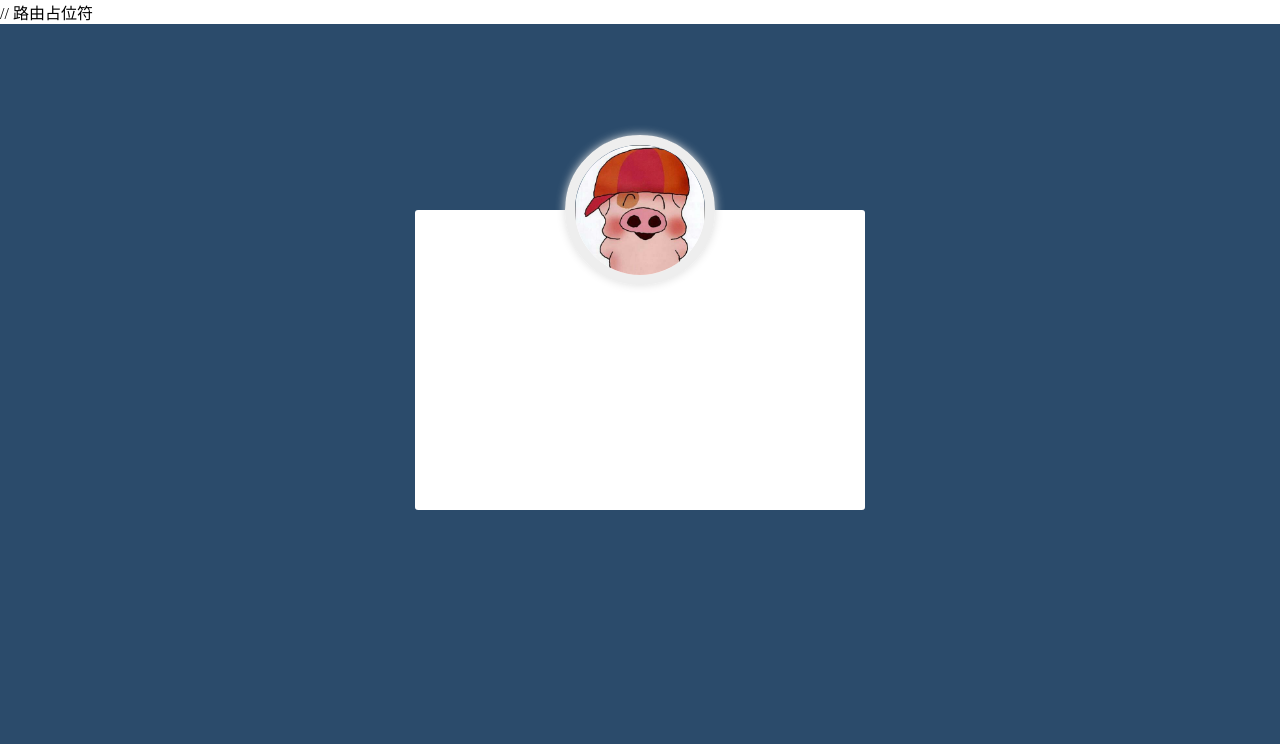
Repository: Japcy/onetwothree
Page: /
An editor plug-in stored every save of this project. The page is shown before and after a run of saves, followed by the edit.
The browser window is 1280 px wide. The pictures show the whole page.
The project was rebuilt for these pictures with package versions that can differ from the ones it lists, and the page was loaded fresh each time.

Above is the page before, as saved 2020-02-28 23:50:38.

### src/main.js
import Vue from 'vue'
import App from './App.vue'
import router from './router'
import './plugins/element.js'
// 导入全局样式表
import './assets/css/global.css'

Vue.config.productionTip = false

new Vue({
  router,
  render: h => h(App)
}).$mount('#app')

### src/App.vue
<template>
  <div id="app">
    // 路由占位符
    <router-view></router-view>
  </div>
</template>

<script>

export default {
  name: 'app',
  components: {
  }
}
</script>

<style>

</style>

### src/router/index.js
import Vue from 'vue'
import VueRouter from 'vue-router'
import Login from '../components/Login.vue'

Vue.use(VueRouter)

const routes = [
  {
    path: '/',
    redirect: '/login'
  },
  {
    path: '/login',
    component: Login
  }
]

const router = new VueRouter({
  routes
})

export default router

### src/components/Login.vue
<template>
  <div class="login">
    <div class="login-box">
      <div class="avatar">
        <img src="../assets/img/logo.jpg" alt />
      </div>
    </div>
  </div>
</template>

<script type="text/ecmascript-6">
export default {
  name: 'login',
  data () {
    return {}
  },
  components: {},
  methods: {}
}
</script>

<style lang="less" scoped>
.login {
  background-color: #2b4b6b;
  height: 100%;
}
.login-box {
  width: 450px;
  height: 300px;
  background-color: #fff;
  border-radius: 3px;
  position: absolute;
  left: 50%;
  top: 50%;
  transform: translate(-50%, -50%);

  .avatar {
    width: 130px;
    height: 130px;
    border: 10px solid #eee;
    border-radius: 50%;
    overflow: hidden;
    box-shadow: 0 0 10px #ddd;
    position: absolute;
    left: 50%;
    transform: translate(-50%, -50%);

    img {
      width: 100%;
      height: auto;
    }
  }
}
</style>

Loaded but not shown: public/index.html (common file); src/plugins/element.js (common file); src/assets/css/global.css (common file)

After the next 2 saves:
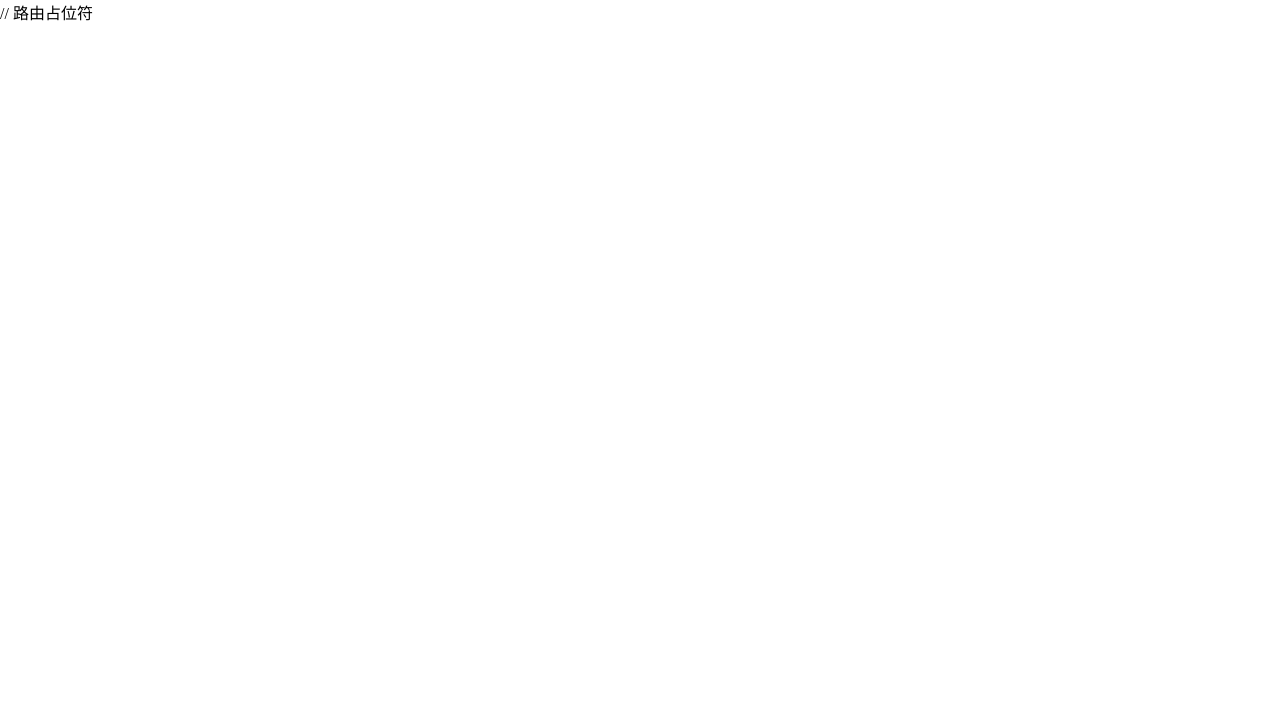
The 2 saves are shown as one change because 1 did not build or start.
The last was saved 2 min 43 s later.
--- a/src/components/Login.vue
+++ b/src/components/Login.vue
@@ -3,6 +3,14 @@
     <div class="login-box">
       <div class="avatar">
         <img src="../assets/img/logo.jpg" alt />
+      </div>
+      <!-- 登录表单区 -->
+      <div class="form">
+        <el-form ref="form" :model="form" label-width="80px">
+          <el-form-item label="活动名称">
+            <el-input v-model="form.name"></el-input>
+          </el-form-item>
+        </el-form>
       </div>
     </div>
   </div>

After the 2 saves that followed:
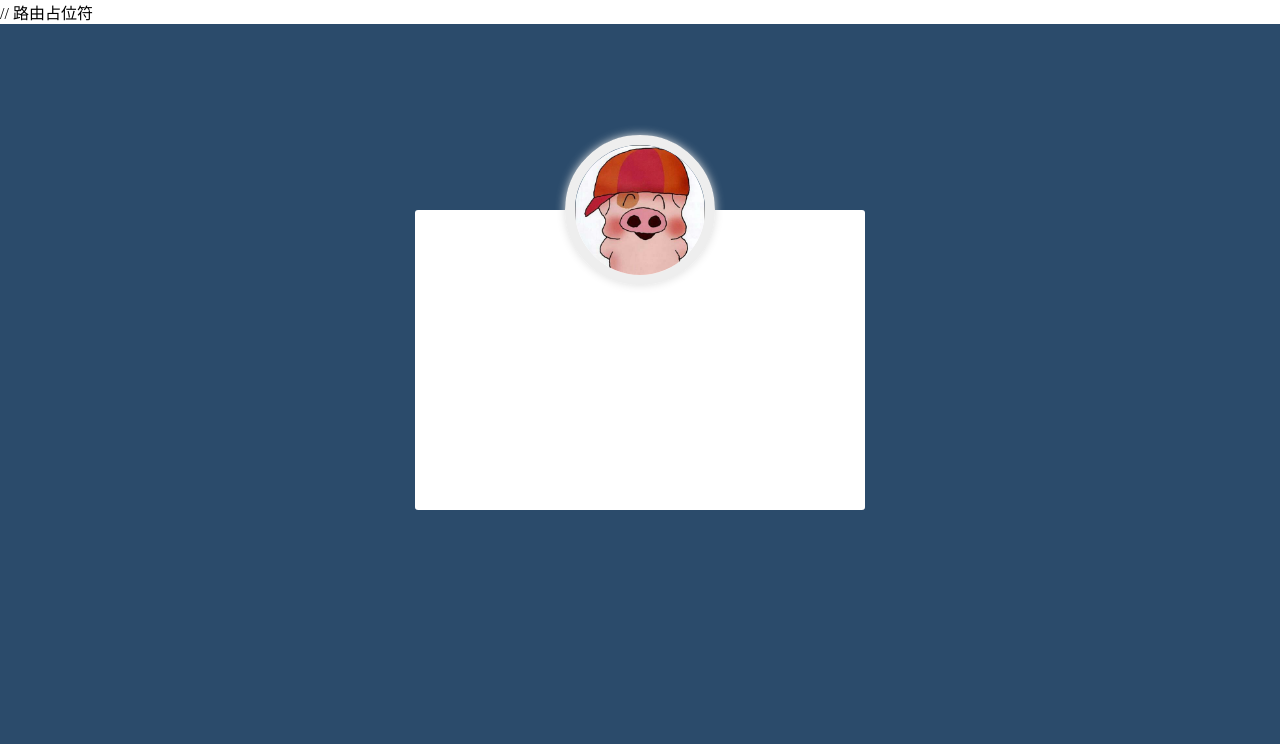
The 2 saves are shown as one change because 1 left the picture as it was.
The last was saved 43 s later.
--- a/src/components/Login.vue
+++ b/src/components/Login.vue
@@ -5,10 +5,10 @@
         <img src="../assets/img/logo.jpg" alt />
       </div>
       <!-- 登录表单区 -->
-      <div class="form">
-        <el-form ref="form" :model="form" label-width="80px">
+      <div class="login-form">
+        <el-form label-width="80px">
           <el-form-item label="活动名称">
-            <el-input v-model="form.name"></el-input>
+            <el-input></el-input>
           </el-form-item>
         </el-form>
       </div>
